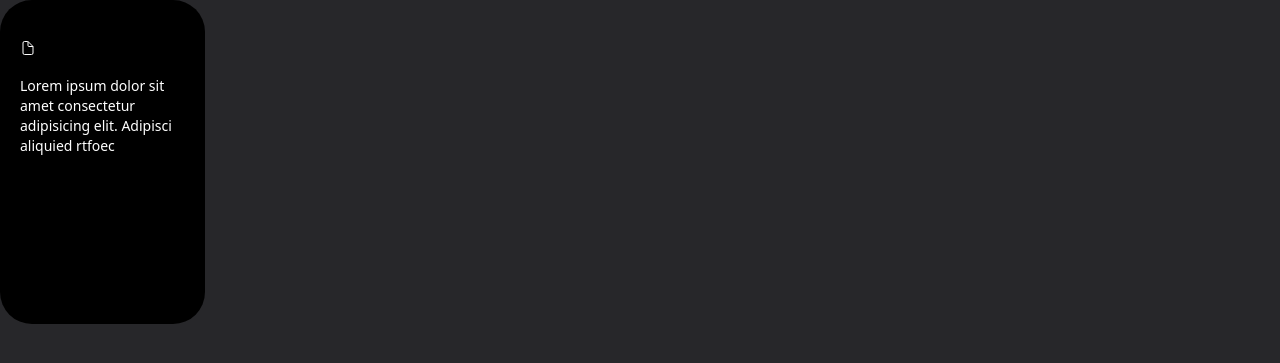
Repository: SharonSebastian32/dragable_cards
Page: /
The author's editor kept a copy of each file at every save. The page is drawn from the files as they stood at one save, then again after a run of saves.
The browser window is 1280 px wide. The pictures show the whole page.
The project was rebuilt for these pictures with package versions that can differ from the ones it lists, and the page was loaded fresh each time. Also part of the build but not shown: vite.config.js.

Above is the page before, as saved 2024-08-21 10:17:58.

### src/App.jsx
import Background from "./Components/Background";
import Foreground from "./Components/Foreground";

const App = () => {
  return (
    <div className="w-full h-screen bg-zinc-800 relative">
      <Background />
      <Foreground/>
    </div>
  );
};
export default App;

### src/Components/Background.jsx
const Background = () => {
  return <div className="w-full h-full fixed z-[2]"> </div>;
};

export default Background;

### src/Components/Foreground.jsx
import Card from "./Card";

const Foreground = () => {
  return (
    <div className="w-full h-full fixed top-0 left-0 z-[3]">
      <Card />
    </div>
  );
};

export default Foreground;

### src/Components/Card.jsx
import { IoDocumentOutline } from "react-icons/io5";
const Card = () => {
  return (
    <div className="w-[16vw] h-[45vh] rounded-[2rem] text-white px-5 py-10 bg-black">
      <IoDocumentOutline />
      <p className="text-sm font-medium mt-5">
        Lorem ipsum dolor sit amet consectetur adipisicing elit. Adipisci
        aliquied rtfoec{" "}
          </p>

          <div>

          </div>
    </div>
  );
};

export default Card;

Loaded but not shown: index.html (common file); src/main.jsx (common file); src/index.css (common file); tailwind.config.js (common file)

After the next 5 saves:
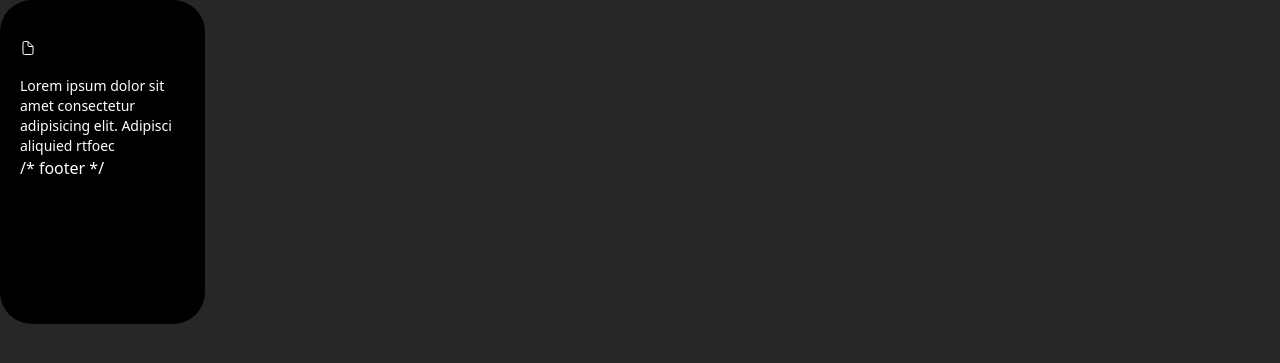
The 5 saves are shown as one change because they came seconds apart.
The last was saved 16 s later.
--- a/src/Components/Card.jsx
+++ b/src/Components/Card.jsx
@@ -7,8 +7,9 @@ const Card = () => {
         Lorem ipsum dolor sit amet consectetur adipisicing elit. Adipisci
         aliquied rtfoec{" "}
           </p>
+          /* footer */
+          <div>
 
-          <div>
 
           </div>
     </div>
